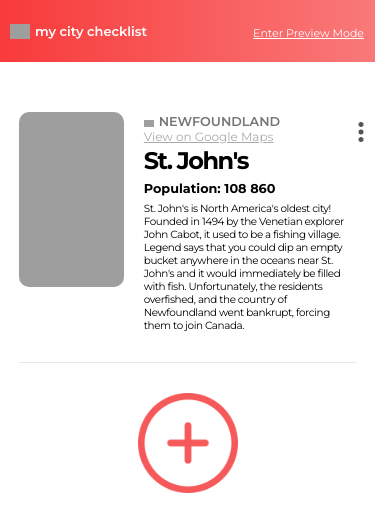
Repository: jsong552/my-city-checklist
Page: /
The author's editor kept a copy of each file at every save. The page is drawn from the files as they stood at one save, then again after the next save.
The browser window is 375 px wide. The page is 375 px wide, then 385 px, so the pictures cover 385 px, including what lies to the right of the window. The pictures show the whole page.
Pictures or frames that could not be fetched are drawn as grey boxes. The project was rebuilt for these pictures with package versions that can differ from the ones it lists, and the page was loaded fresh each time. Imported but missing from the stored project, and not drawn on this page: src/reportWebVitals.

Above is the page before, as saved 2024-01-01 13:49:41.

### public/index.html
<!DOCTYPE html>
<html lang="en">
  <head>
    <meta charset="utf-8" />
    <link rel="preconnect" href="https://fonts.googleapis.com">
    <link rel="preconnect" href="https://fonts.gstatic.com" crossorigin>
    <link href="https://fonts.googleapis.com/css2?family=Inter:wght@400;600;700&family=Montserrat:wght@200;300;400;500;600;700&display=swap" rel="stylesheet">
    <link rel="icon" href="%PUBLIC_URL%/favicon.ico" />
    <meta name="viewport" content="width=device-width, initial-scale=1" />
    <meta name="theme-color" content="#000000" />
    <meta
      name="description"
      content="Web site created using create-react-app"
    />
    <link rel="apple-touch-icon" href="%PUBLIC_URL%/logo192.png" />
    <!--
      manifest.json provides metadata used when your web app is installed on a
      user's mobile device or desktop. See https://developers.google.com/web/fundamentals/web-app-manifest/
    -->
    <link rel="manifest" href="%PUBLIC_URL%/manifest.json" />
    <!--
      Notice the use of %PUBLIC_URL% in the tags above.
      It will be replaced with the URL of the `public` folder during the build.
      Only files inside the `public` folder can be referenced from the HTML.

      Unlike "/favicon.ico" or "favicon.ico", "%PUBLIC_URL%/favicon.ico" will
      work correctly both with client-side routing and a non-root public URL.
      Learn how to configure a non-root public URL by running `npm run build`.
    -->
    <title>React App</title>
  </head>
  <body>
    <noscript>You need to enable JavaScript to run this app.</noscript>
    <div id="root"></div>
    <!--
      This HTML file is a template.
      If you open it directly in the browser, you will see an empty page.

      You can add webfonts, meta tags, or analytics to this file.
      The build step will place the bundled scripts into the <body> tag.

      To begin the development, run `npm start` or `yarn start`.
      To create a production bundle, use `npm run build` or `yarn build`.
    -->
  </body>
</html>

### src/index.css
/* html {
    scrollbar-gutter: auto | stable && both-edges?;
} */

body {
    margin: 0px;
}

.container, #root, body, html {
    height: 100%;
}

.logo {
    display: flex;
    align-items: center;
}

.navbar {
    display: flex;
    align-items: center;
    padding: 10px;
    justify-content: center;
    background: linear-gradient(90deg, #f83b3b 1.18%, #f97979 100%);
    box-sizing: border-box;
    position: relative;
}

.navbar .previewMode {
    position: absolute;
    right: 30px;
    top: 32%;
    border: none;
    background-color: transparent;
    font-family: Montserrat;
    font-size: 16px;
    color: white;
    text-decoration: underline;
    transition: transform 0.25s;
}

.navbar .previewMode:hover {
    cursor: pointer;
    transform: scale(1.1);
}

.navbar .previewMode:active {
    cursor: pointer;
    transform: scale(1.2);
}

.navbar img {
    width: 30px;
    margin-right: 10px;
}

.navbar p {
    color: white;
    font-family: Montserrat;
    font-weight: 600;
}

/* card styles */

.cardsContainer {
    margin-top: 20px;
}

.card {
    margin: auto;
    padding-top: 30px;
    padding-bottom: 30px;
    border-bottom: 1px solid #bbbbbb55;
    display: flex;
    font-family: Montserrat;
    width: 75%;
    position: relative;
}

/* card menu screen and dots styles  */

.card .cardMenuDots {
    position: absolute;
    top: 40px;
    right: 5px;
    background-image: url('../public/images/menuDots.png');
    background-size: cover;
    background-repeat: no-repeat;
    height: 20px;
    width: 20px;
    background-color: transparent;
    border: none;
    outline: none;
    transition: transform 0.25s;
}

.card .cardMenuDots:hover {
    cursor: pointer;
    transform: scale(1.15);
}

.card .cardMenuDots:active {
    cursor: pointer;
    transform: scale(1.35);
}

.cardMenu {
    border: 1px solid #bbbbbb;
    padding: 0px 8px;
    border-radius: 10px;
    display: flex;
    flex-direction: column;
    position: absolute;
    top: 25px;
    right: 30px;
    background-color: #fafafa;
    animation-name: fadeIn;
    animation-duration: 0.25s;
}

.cardMenu .border {
    height: 0px;
    border-bottom: 1px solid #bbbbbb
}

.cardDelete {
    background-image: url('../public/images/trashIcon.png');
    background-repeat: no-repeat;
    background-size: contain;
    background-size: 20%;
    background-position-y: 9px;
    background-position-x: 5px;
}

.cardEdit {
    background-image: url('../public/images/editIcon.png');
    background-repeat: no-repeat;
    background-size: contain;
    background-size: 20%;
    background-position-y: 9px;
    background-position-x: 10px;
}

.cardDelete, .cardEdit {
    padding: 10px;
    padding-left: 30px;
    font-family: Montserrat;
    background-color: transparent;
    border: none;
    outline: none;
    transition: transform, 0.25s
}

.cardDelete:hover, .cardEdit:hover {
    cursor: pointer;
    transform: scale(1.15);
}

.cardDelete:active, .cardEdit:active {
    cursor: pointer;
    transform: scale(1.25);
}

.imageOfLocation {
    height: 275px;
    width: 210px;
    min-height: 275px;
    min-width: 210px;
    border-radius: 10px;
    object-fit: cover;
    transition: transform 0.25s;
}

.imageOfLocation:hover {
    transform: scale(1.1);
}

.cardInfo {
    margin-left: 20px;
    padding-top: 20px;
    width: 100%;
}

.locationMarker {
    width: 12px;
    margin-right: 5px;
}

.cardLocation * {
    display: inline;
}

.cardLocation h4 {
    font-weight: 600;
    font-size: 0.9rem;
    position: relative;
    bottom: 1px;
    text-transform: uppercase;
    color: #757575;
}

.cardLocation a {
    font-size: 0.75rem;
    position: relative;
    bottom: 2px;
    color: #aaaaaa;
    margin-left: 15px;
}

.cardInfo h1 {
    margin-top: 5px;
    letter-spacing: -1.5px;
    text-transform: capitalize;
}

.cardInfo h3 {
    font-size: 0.9rem;
    margin-bottom: 10px;
}

.cardInfo p {
    margin-top: 0px;
    font-size: 0.8rem;
    letter-spacing: -0.4px;
}

/* edit item form styles  */

.newProvince, .newCity, .newDesc {
    font-family: Montserrat;
    border: 1px solid #bbbbbb;
    border-radius: 8px;
    background-color: #fafafa;
}

.newProvince {
    text-transform: uppercase;
    font-weight: 600;
    font-size: 0.9rem;
    color: #757575;
    padding: 3px;
    text-indent: 5px;
}

.newCity {
    letter-spacing: -1.5px;
    text-transform: capitalize;
    font-size: 2rem;
    font-weight: 700;
    padding: 5px;
    text-indent: 5px;
    margin-top: 10px;
}

.newDesc {
    margin-top: 0px;
    font-size: 0.8rem;
    letter-spacing: -0.4px;
    width: 95%;
    height: 25%;
}

.saveChanges {
    margin-top: 7px;
    padding: 6px 40px;
    font-family: Montserrat;
    font-size: 18px;
    border: 1px solid #bbbbbb;
    border-radius: 8px;
    background: linear-gradient(90deg, #f97979 1.18%, #f83b3b 100%);
    color: white;
    transition: transform 0.25s;
}

.saveChanges:hover {
    cursor: pointer;
    transform: scale(1.1);
}

.saveChanges:active {
    cursor: pointer;
    transform: scale(1.15);
}

/* add item form and button styles  */

.addItemFormContainer {
    padding: 30px;
    text-align: center;
}

.addItemForm {
    margin: auto;
    width: fit-content;
    animation-name: fadeIn;
    animation-duration: 0.5s;
    position: relative;
}

@keyframes fadeIn {
    from {
        opacity: 0%;
    }
    to {
        opacity: 100%;
    }
}

.addItemButton {
    text-transform: uppercase;
    background-color: transparent;
    border: none;
    outline: none;
    background-image: url('../public/images/addButton.png');
    background-repeat: no-repeat;
    background-size: cover;
    height: 100px;
    width: 100px;
    transition: transform 0.25s;
    animation-name: fadeIn;
    animation-duration: 0.5s;
}

.empty {
    height: 100px;
}

.addItemButton:hover {
    cursor: pointer;
    transform: scale(1.2);
}

.addItemButton:active {
    cursor: pointer;
    transform: scale(1.3);
}

.allButSubmit {
    margin: auto;
    text-align: left;
    display: flex;
    width: fit-content;
    font-family: Montserrat;
}

.provinceLabel, .cityLabel, .descLabel {
    display: flex;
    flex-direction: column;
    font-weight: 500;
}

.descLabel {
    margin-left: 20px;
}

.addItemForm input:not(.addCityButton), textarea {
    margin-top: 3px;
    padding: 8px;
    font-family: Montserrat;
    font-size: 18px;
    border: 1px solid #bbbbbb;
    border-radius: 8px;
    background-color: #fafafa;
}

.addItemForm input:focus, textarea:focus {
    outline: none;
    background-color: white;
}

.addItemForm textarea {
    height: 100%;
}

.addCityButton {
    width: 100%;
    margin-top: 3px;
    padding: 8px;
    font-family: Montserrat;
    font-size: 18px;
    border: 1px solid #bbbbbb;
    border-radius: 8px;
    background: linear-gradient(90deg, #f97979 1.18%, #f83b3b 100%);
    color: white;
    transition: transform 0.25s;
}

.addCityButton:hover {
    cursor: pointer;
    transform: scale(1.05);
}

.addCityButton:active {
    cursor: pointer;
    transform: scale(1.08);
}

.addCityButtonContainer {
    margin-top: 10px;
}

/* linear-gradient(90deg, #f97979 1.18%, #f83b3b 100%); */

.backButton {
    background-image: url('../public/images/backArrow.png');
    border: none;
    background-size: cover;
    height: 41px;
    width: 41px;
    position: absolute;
    top: 21px;
    left: -60px;
    border-radius: 10px;
    transition: transform, 0.25s
}

.backButton:hover {
    cursor: pointer;
    transform: scale(1.15);
}

.backButton:active {
    cursor: pointer;
    transform: scale(1.25);
}

.provinceLabel input {
    text-transform: uppercase;
    letter-spacing: -0.7px;
}

.cityLabel input {
    text-transform: capitalize;
    font-weight: 500;
}

 /* scrollbar styles */

/* ::-webkit-scrollbar-thumb {
    background-color: #888;
    border-radius: 6px;
}

::-webkit-scrollbar {
    background: none;
    background-clip: content-box;
} */

/* different screen sizes */

@media (max-width: 1024px) {
    .card {
        width: 85%;
    }

    .cardInfo p {
        font-size: 0.7rem;
        letter-spacing: -0.4px;
    }
}

@media (max-width: 768px) {
    .imageOfLocation {
        height: 250px;
        width: 175px;
        min-height: 250px;
        min-width: 175px;
    }

    .card {
        width: 85%;
    }

    .cardInfo p {
        font-size: 0.7rem;
        letter-spacing: -0.4px;
    }

    .card .cardMenuDots {
        position: absolute;
        top: 40px;
        right: -15px;
    }

    .navbar {
        justify-content: space-between;
    }

    .navbar .previewMode {
        font-size: 12px;
        top: 38%;
        right: 10px;
    }

    .addItemForm input:not(.addCityButton), textarea {
        margin-top: 3px;
        padding: 8px;
        font-size: 12px;
    }

    .provinceLabel, .cityLabel, .descLabel {
        font-size: 12px;
    }

    .backButton {
        width: 30px;
        height: 30px;
        right: -50px;
        top: 20px;
    }

}

@media (max-width: 580px) {
    .imageOfLocation {
        height: 225px;
        width: 150px;
        min-height: 225px;
        min-width: 150px;
    }

    .card {
        width: 85%;
    }

    .cardInfo {
        padding-top: 0px
    }

    .cardInfo p {
        font-size: 0.65rem;
        letter-spacing: -0.4px;
        margin-bottom: 0px;
    }

    .cardInfo h1 {
        font-size: 1.7rem;
        margin-bottom: 0px;
    }

    .cardInfo h3 {
        margin-top: 10px;
        font-size: 0.9rem;
        margin-bottom: 10px;
    }

    .cardInfo a {
        display: block;
    }

    .cardLocation a {
        width: fit-content;
        margin-left: 0px;
    }
}

@media (max-width: 480px) {
    .imageOfLocation {
        height: 225px;
        width: 135px;
        min-height: 225px;
        min-width: 135px;
    }

    .card {
        width: 90%;
    }

    .cardInfo {
        padding-top: 0px
    }

    .cardInfo p {
        font-size: 0.65rem;
        letter-spacing: -0.4px;
        margin-bottom: 0px;
    }

    .cardInfo h1 {
        font-size: 1.5rem;
        margin-bottom: 0px;
        margin-top: 0px;
    }

    .cardInfo h3 {
        margin-top: 6px;
        font-size: 0.8rem;
        margin-bottom: 6px;
    }

    .cardInfo h4 {
        font-size: 0.8rem;
    }

    .locationMarker {
        width: 10px;
    }

    .cardInfo a {
        display: block;
    }

    .cardLocation a {
        width: fit-content;
        margin-left: 0px;
    }
}

@media (max-width: 380px) {
    .imageOfLocation {
        height: 175px;
        width: 105px;
        min-height: 175px;
        min-width: 105px;
    }

    .navbar .logo {
        font-size: 13px;
    }

    .navbar img {
        width: 20px;
        margin-right: 5px;
    }

    .navbar .previewMode {
        font-size: 11px;
        top: 40%;
        right: 5px;
    }
}

### src/components/Navbar.js
import React from "react";
import PreviewModeToggle from "./PreviewModeToggle";

export default function Navbar(props) {
    return (
        <nav className="navbar">
            <span className="logo">
            <img src='/my-city-checklist/images/logo.png' alt="logo"/>
            <p>my city checklist</p></span>
            <PreviewModeToggle
                preview={props.preview}
                handlePreviewToggle={(event) => props.handlePreviewToggle(event)}
            />
        </nav>
    )
}

### src/components/Card.js
import React from "react";

export default function Card(props) {
    return (
        <div className="card">
            {!props.preview && <button
                className="cardMenuDots"
                onClick={(event) => props.handleMenuDotsClick(props.id, event)}
            >
            </button>}

            {props.info.showCardMenu && <div className="cardMenu">
                <button
                    className="cardDelete"
                    onClick={() => props.handleDelete(props.id)}
                >Delete</button>

                <span className="border"></span>

                <button
                    className="cardEdit"
                    onClick={() => props.handleEdit(props.id)}
                >Edit</button>
            </div>}

            <img
                className="imageOfLocation"
                src={props.info.image}
                alt={props.info.alt}
                onClick={() => props.handleImageClick(props.id)}
            />
            <div className="cardInfo">
                <span className="cardLocation">
                    <img className="locationMarker" src='/my-city-checklist/images/location-marker.png' alt=""/>
                    {props.info.showEditMenu && <input
                        type="text"
                        name="province"
                        className="newProvince"
                        onChange={(event) => props.handleEditChange(props.id, event)}
                        value={props.info.province}
                         />
                    }
                    {!props.info.showEditMenu && <h4>{props.info.province}</h4>}
                    <a href={props.info.link} target="_blank">View on Google Maps</a>
                </span>
                {!props.info.showEditMenu && <h1>{props.info.city}</h1>}
                {props.info.showEditMenu && <br />}
                {props.info.showEditMenu && <input
                    type="text"
                    name="city"
                    className="newCity"
                    onChange={(event) => props.handleEditChange(props.id, event)}
                    value={props.info.city}
                     />
                }
                <h3>Population: {props.info.population}</h3>
                {!props.info.showEditMenu && <p>{props.info.desc}
                </p>}
                {props.info.showEditMenu && <textarea
                    name="desc"
                    className="newDesc"
                    onChange={(event) => props.handleEditChange(props.id, event)}
                    value={props.info.desc}
                    ></textarea>
                }
                {props.info.showEditMenu && <br />}
                {props.info.showEditMenu && <input Edit
                    type="submit"
                    name="city"
                    className="saveChanges"
                    onClick={(event) => props.handleSaveClick(props.id, event)}
                    value="Save" />
                }
            </div>
        </div>
    )
}

### src/data/cardData.js
// add images property and imageIndex property

export default [
    {
        id: 1,
        province: "newfoundland",
        image: "/my-city-checklist/images/stjohns.jpg",
        city: "St. John's",
        alt: "St. John's Downtown",
        population: "108 860",
        desc: "St. John's is North America's oldest city! Founded in 1494 by the Venetian explorer John Cabot, it used to be a fishing village. Legend says that you could dip an empty bucket anywhere in the oceans near St. John's and it would immediately be filled with fish. Unfortunately, the residents overfished, and the country of Newfoundland went bankrupt, forcing them to join Canada.",
        link: "https://www.google.com/maps/place/St.+John's,+NL/@47.4825126,-52.9947887,11z/data=!3m1!4b1!4m6!3m5!1s0x4b0ca38e6b0aa261:0x9e1fd4001f12261f!8m2!3d47.5556097!4d-52.7452511!16zL20vMGo4cDY?hl=en&entry=ttu",
        showCardMenu: false,
        showEditMenu: false,
        imageIndex: 0,
        images: [
            {
                id: 7052104,
                pageURL: 'https://pixabay.com/photos/town-travel-tourism-europe-st-7052104/',
                type: 'photo',
                tags: 'town, travel, tourism',
                previewURL: 'https://cdn.pixabay.com/photo/2022/03/06/16/41/town-7052104_150.jpg',
                previewWidth: 150,
                previewHeight: 100,
                webformatURL: 'https://pixabay.com/get/gcb72c9f62c8d01ae33239afd7dfd19e841a35e52dc94f8d6b11693c8d073bc82e586eca3b28ff786ffaad25d3832dd95edfafc0dace93565ea1cf53abeae6265_640.jpg',
                webformatWidth: 640,
                webformatHeight: 427,
                largeImageURL: 'https://pixabay.com/get/gb43a20f9f06e176dfb3999eb2417e0c176aff3f20b08455b60c069c2edfe0613eb8e27c86839ed6398c78b76617d65e4cfe791d86150d91f65fcd0f2c71f9d76_1280.jpg',
                imageWidth: 3000,
                imageHeight: 2000,
                imageSize: 2747715,
                views: 228,
                downloads: 140,
                collections: 1,
                likes: 2,
                comments: 0,
                user_id: 16842307,
                user: 'Canadian-Nature-Visions',
                userImageURL: 'https://cdn.pixabay.com/user/2021/10/30/16-48-31-151_250x250.jpg'
            },
            {
                id: 6937350,
                pageURL: 'https://pixabay.com/photos/city-st-johns-newfoundland-canada-6937350/',
                type: 'photo',
                tags: "city, st john's, newfoundland",
                previewURL: 'https://cdn.pixabay.com/photo/2022/01/14/13/55/city-6937350_150.jpg',
                previewWidth: 150,
                previewHeight: 84,
                webformatURL: 'https://pixabay.com/get/g214af11e379a7a0004ec6e1fae86e65fe512b50684fccb8a1ef5e78993da94cb91e58b364a0ae32fed45eaf0774be1d6fc72a5b2ca565859021c48a4fc730ba2_640.jpg',
                webformatWidth: 640,
                webformatHeight: 360,
                largeImageURL: 'https://pixabay.com/get/g1f5d711becd11734ba3cc694bc793c26c829d97ce5eb6e6644d40de1f0b221c513e8068722e25ef62f81f9ab6cfff79537f4fcd777bba85a36e03eaf426c8dc6_1280.jpg',
                imageWidth: 3000,
                imageHeight: 1688,
                imageSize: 2757161,
                views: 283,
                downloads: 100,
                collections: 2,
                likes: 5,
                comments: 1,
                user_id: 16842307,
                user: 'Canadian-Nature-Visions',
                userImageURL: 'https://cdn.pixabay.com/user/2021/10/30/16-48-31-151_250x250.jpg'
            },
            {
                id: 6937352,
                pageURL: 'https://pixabay.com/photos/st-johns-newfoundland-canada-city-6937352/',
                type: 'photo',
                tags: "st john's, newfoundland, canada",
                previewURL: 'https://cdn.pixabay.com/photo/2022/01/14/13/55/st-johns-6937352_150.jpg',
                previewWidth: 150,
                previewHeight: 84,
                webformatURL: 'https://pixabay.com/get/g4cbfab6856b4a2d7a94756368813d835418e7a3e1cad666367c8f42c1aa9c8d5907b8bb8b0890466fbc5f2928cbd68117fe22b29956c296c4a1f953402b88a94_640.jpg',
                webformatWidth: 640,
                webformatHeight: 360,
                largeImageURL: 'https://pixabay.com/get/gdd541a0c13585d708dcfb9ec3f4716903f147604a8e68d495f500485b396b6d970a0815a2dd02d76c0c03906e2dc7a883aba56336d98c7e04557879a6a1ffddc_1280.jpg',
                imageWidth: 3000,
                imageHeight: 1687,
                imageSize: 1315931,
                views: 198,
                downloads: 68,
                collections: 0,
                likes: 3,
                comments: 0,
                user_id: 16842307,
                user: 'Canadian-Nature-Visions',
                userImageURL: 'https://cdn.pixabay.com/user/2021/10/30/16-48-31-151_250x250.jpg'
            },
            {
                id: 6937351,
                pageURL: 'https://pixabay.com/photos/city-st-johns-newfoundland-canada-6937351/',
                type: 'photo',
                tags: "city, st john's, newfoundland",
                previewURL: 'https://cdn.pixabay.com/photo/2022/01/14/13/55/city-6937351_150.jpg',
                previewWidth: 150,
                previewHeight: 84,
                webformatURL: 'https://pixabay.com/get/g37c6e35a09ed1d26147941c45d64762489345c41a858000d28c57b8b3922568585f3090fda18a66ccbbe139e4ecd3678fe36a4c5fcfa91b2bd77060946b44c2a_640.jpg',
                webformatWidth: 640,
                webformatHeight: 360,
                largeImageURL: 'https://pixabay.com/get/gb0df1eb66555ee1187d5ccf6b35624ce365521d39aae60c4ea92f9de0446627ed0bcd940ca5609bfa9f385d85f8da6a5dd8dd83abdf80a6bce05b1b4ffaa3fc7_1280.jpg',
                imageWidth: 3000,
                imageHeight: 1687,
                imageSize: 2612502,
                views: 114,
                downloads: 42,
                collections: 0,
                likes: 3,
                comments: 2,
                user_id: 16842307,
                user: 'Canadian-Nature-Visions',
                userImageURL: 'https://cdn.pixabay.com/user/2021/10/30/16-48-31-151_250x250.jpg'
            }
        ],
    },
]

### src/components/AddItem.js
import React from "react";

export default function AddItem(props) {
    return (
        <div className="addItemFormContainer">
            {!props.showForm && <><button
                className="addItemButton"
                onClick={props.handleButtonClick}>
            </button>
            <div class="empty"></div></>}

            {props.showForm && <form className="addItemForm">
                <div className="allButSubmit">
                    <div className="inputContainers">
                        <label className="provinceLabel">Province/State/Country:
                            <input
                                type="text"
                                name="province"
                                onChange={props.handleChange}
                                value={props.formData.province}
                            / >
                        </label><br />
                        <label className="cityLabel">City:
                            <input
                                type="text"
                                name="city"
                                onChange={props.handleChange}
                                value={props.formData.city}
                            / >
                        </label>
                    </div>
                    <label className="descLabel">Description:
                        <textarea
                            onChange={props.handleChange}
                            value={props.formData.desc}
                            name="desc"
                        >
                        </textarea>
                    </label>
                </div>
                <div className="addCityButtonContainer">
                    <input
                        type="submit"
                        value="Add City!"
                        className="addCityButton"
                        onClick={props.handleSubmitClick}
                    />
                </div>
                <button
                    className="backButton"
                    onClick={props.hideForm}
                ></button>
            </form>}
        </div>
    )
}

### src/components/PreviewModeToggle.js
import React from "react";

export default function PreviewModeToggle(props) {
    return (
        <button
            className="previewMode"
            onClick={(event) => props.handlePreviewToggle(event)}>
        {!props.preview && <span>Enter Preview Mode</span>}
        {props.preview && <span>Exit Preview Mode</span>}
        </button>
    )
}

Loaded but not shown: src/index.js (common file); src/App.js (389 lines, source omitted)

After the next save:
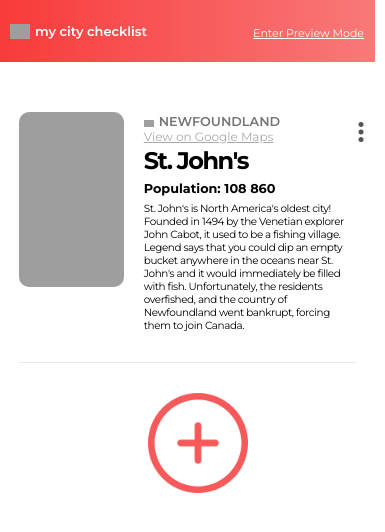
Saved 5 min 2 s later.
--- a/src/index.css
+++ b/src/index.css
@@ -494,18 +494,19 @@ body {
     .addItemForm input:not(.addCityButton), textarea {
         margin-top: 3px;
         padding: 8px;
-        font-size: 12px;
+        font-size: 11px;
     }
 
     .provinceLabel, .cityLabel, .descLabel {
-        font-size: 12px;
+        font-size: 11px;
     }
 
     .backButton {
-        width: 30px;
-        height: 30px;
-        right: -50px;
-        top: 20px;
+        height: 28px;
+        width: 28px;
+        position: absolute;
+        top: 18px;
+        left: -50px;
     }
 
 }
@@ -603,6 +604,29 @@ body {
         width: fit-content;
         margin-left: 0px;
     }
+
+    .addItemForm input:not(.addCityButton), textarea {
+        margin-top: 3px;
+        padding: 7px;
+        font-size: 9px;
+    }
+
+    .provinceLabel, .cityLabel, .descLabel {
+        font-size: 9px;
+    }
+
+    .backButton {
+        height: 25px;
+        width: 25px;
+        position: absolute;
+        top: 17px;
+        left: -40px;
+    }
+
+    .addItemFormContainer {
+        position: relative;
+        left: 10px;
+    }
 }
 
 @media (max-width: 380px) {
